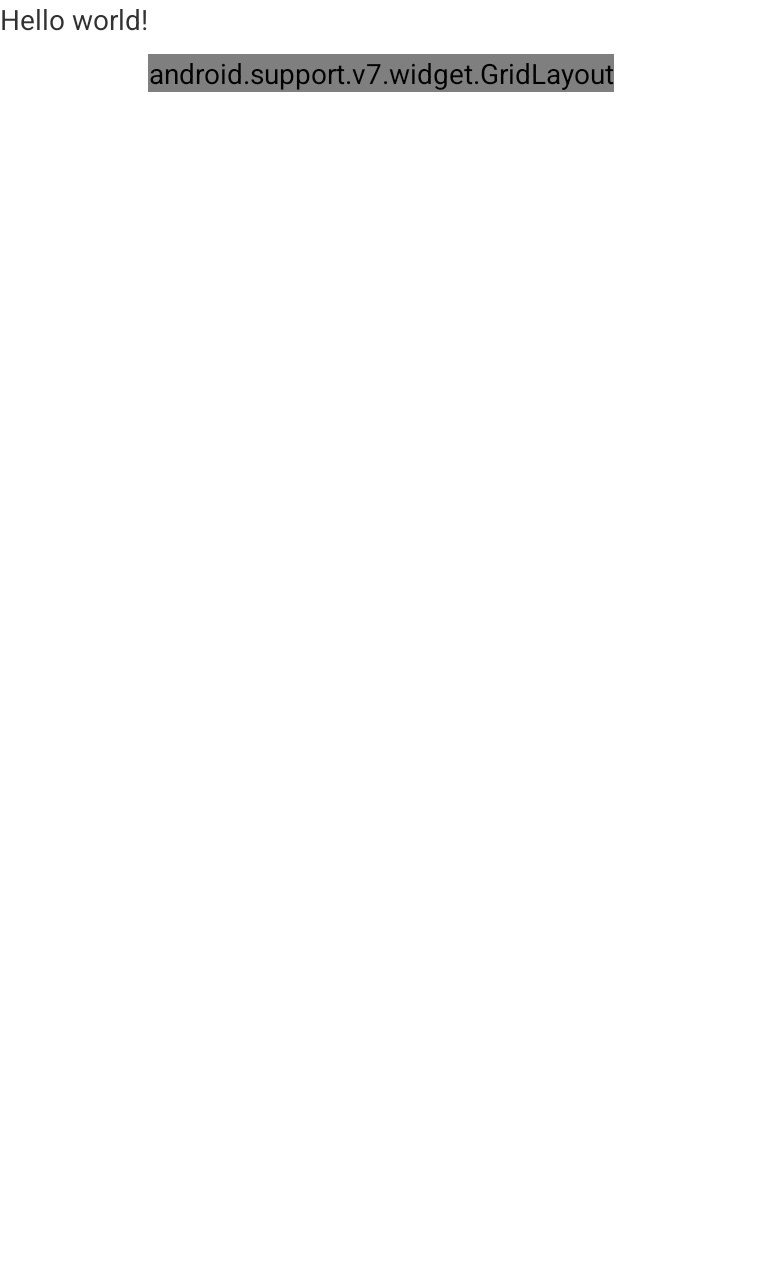
Repository: g-park/healing-sns
Layout: msns_heejunanh_workspace/Test_Andorid_Grid_View_Main/res/layout/activity_main.xml
An editor plug-in stored every save of this project. The layout is shown before and after a run of saves, followed by the edit.
Pictures or frames that could not be fetched are drawn as grey boxes. It is drawn on a 768 x 1280 px phone screen (xhdpi) without system bars, with theme AppTheme; the app's code is not run.

Above is the layout before, as saved 2012-12-19 04:39:34.

### msns_heejunanh_workspace/Test_Andorid_Grid_View_Main/res/layout/activity_main.xml
<LinearLayout xmlns:android="http://schemas.android.com/apk/res/android"
    xmlns:tools="http://schemas.android.com/tools"
    android:layout_width="match_parent"
    android:layout_height="match_parent" >

    <TextView
        android:layout_width="wrap_content"
        android:layout_height="wrap_content"
        android:layout_centerHorizontal="true"
        android:layout_centerVertical="true"
        android:text="@string/hello_world"
        tools:context=".MainActivity" />

    <android.support.v7.widget.GridLayout
        android:layout_width="wrap_content"
        android:layout_height="wrap_content"
        android:layout_alignParentLeft="true"
        android:layout_alignParentTop="true"
        android:layout_marginTop="27dp" >
    </android.support.v7.widget.GridLayout>

</LinearLayout>

### msns_heejunanh_workspace/Test_Andorid_Grid_View_Main/res/values/strings.xml
<resources>

    <string name="app_name">Test_Andorid_Grid_View_Main</string>
    <string name="hello_world">Hello world!</string>
    <string name="menu_settings">Settings</string>
    <string name="title_activity_main">MainActivity</string>

</resources>

Loaded but not shown: msns_heejunanh_workspace/Test_Andorid_Grid_View_Main/res/values-v11/styles.xml (common file); msns_heejunanh_workspace/Test_Andorid_Grid_View_Main/res/values-v14/styles.xml (common file); msns_heejunanh_workspace/Test_Andorid_Grid_View_Main/res/values/styles.xml (common file)

After the next 2 saves:
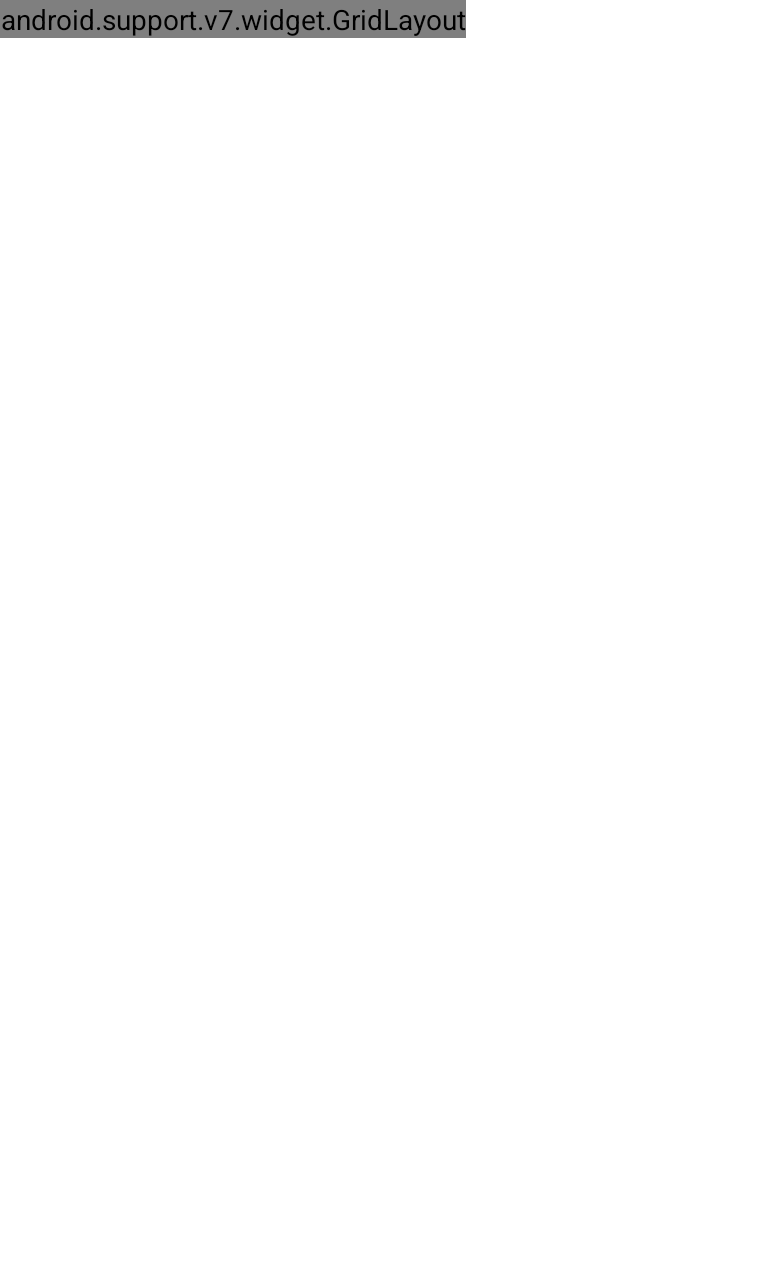
The 2 saves are shown as one change because they came seconds apart.
The last was saved 25 s later.
--- a/msns_heejunanh_workspace/Test_Andorid_Grid_View_Main/res/layout/activity_main.xml
+++ b/msns_heejunanh_workspace/Test_Andorid_Grid_View_Main/res/layout/activity_main.xml
@@ -3,20 +3,11 @@
     android:layout_width="match_parent"
     android:layout_height="match_parent" >
 
-    <TextView
-        android:layout_width="wrap_content"
-        android:layout_height="wrap_content"
-        android:layout_centerHorizontal="true"
-        android:layout_centerVertical="true"
-        android:text="@string/hello_world"
-        tools:context=".MainActivity" />
+
 
     <android.support.v7.widget.GridLayout
         android:layout_width="wrap_content"
-        android:layout_height="wrap_content"
-        android:layout_alignParentLeft="true"
-        android:layout_alignParentTop="true"
-        android:layout_marginTop="27dp" >
+        android:layout_height="wrap_content">
     </android.support.v7.widget.GridLayout>
 
 </LinearLayout>
